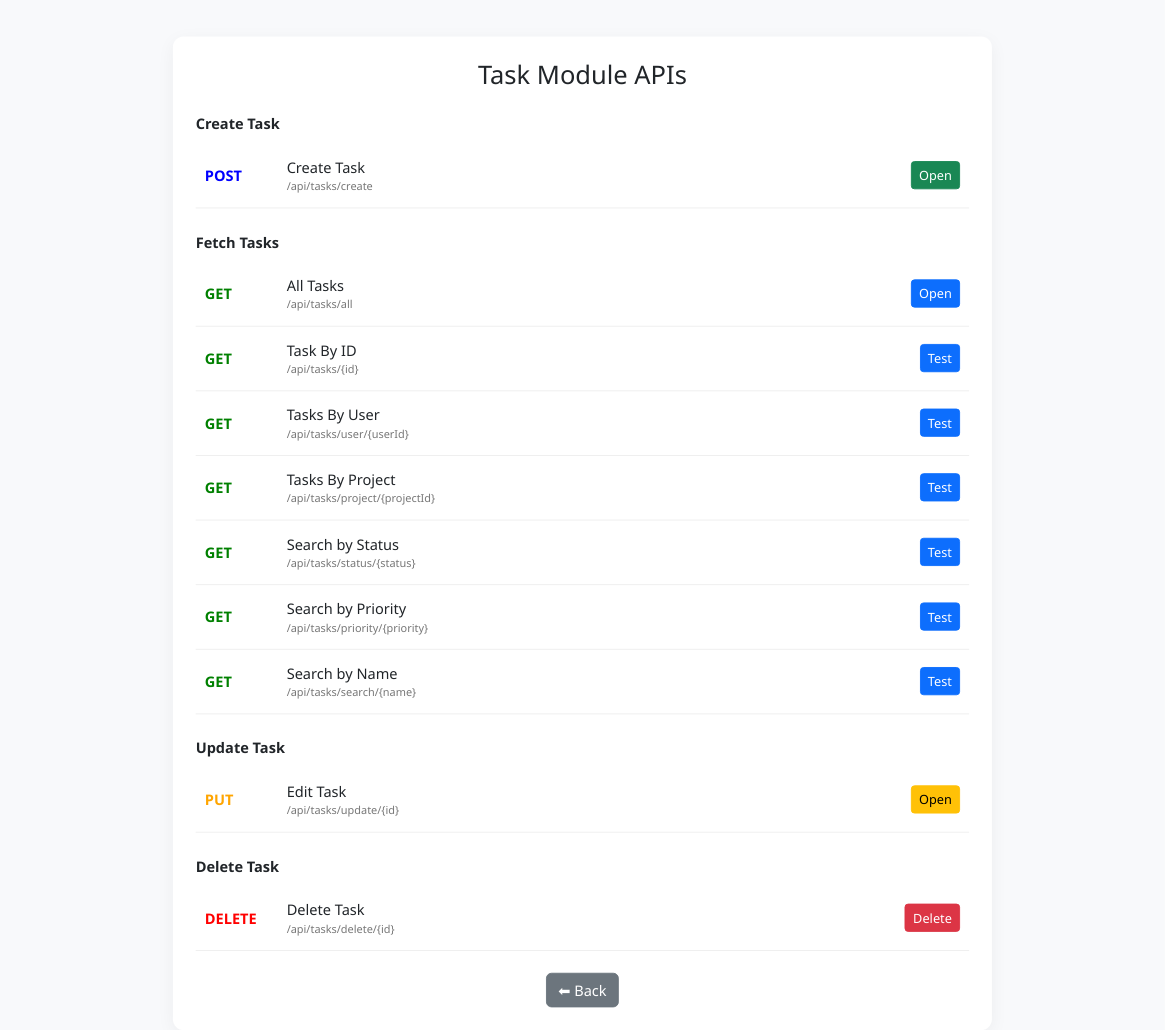
Repository: Rohan-911/task-management
Page: http://localhost/taskservice/task-endpoints
An editor plug-in stored every save of this project. The page is shown before and after the next save, followed by the edit.
The browser window is 1280 px wide. The pictures show the whole page, at 91% of full size.
The page is this project's Thymeleaf template; nobody is signed in. The template is opened directly, without the code that normally fills it, so the values that code supplies are empty.

Above is the page before, as saved 2026-04-19 12:16:43.

### frontend/src/main/resources/templates/taskservice/task-endpoints.html
<!DOCTYPE html>
<html xmlns:th="http://www.thymeleaf.org">
<head>
    <title>Task Module</title>

    <link href="https://cdn.jsdelivr.net/npm/bootstrap@5.3.0/dist/css/bootstrap.min.css" rel="stylesheet">

    <style>
        body {
            background-color: #f8f9fb;
            font-family: 'Segoe UI', sans-serif;
        }

        .container-box {
            max-width: 900px;
            margin: auto;
            margin-top: 40px;
            background: white;
            padding: 25px;
            border-radius: 12px;
            box-shadow: 0 5px 20px rgba(0,0,0,0.05);
        }

        .endpoint {
            display: flex;
            justify-content: space-between;
            align-items: center;
            padding: 14px 10px;
            border-bottom: 1px solid #eee;
        }

        .method {
            font-weight: bold;
            width: 80px;
        }

        .get { color: green; }
        .post { color: blue; }
        .put { color: orange; }
        .delete { color: red; }

        .endpoint-info {
            flex: 1;
            margin-left: 10px;
        }

        .endpoint-info small {
            display: block;
            font-size: 12px;
            color: #777;
        }

        .section-title {
            margin-top: 25px;
            margin-bottom: 10px;
            font-weight: 600;
        }
    </style>
</head>

<body>

<div class="container-box">

    <h3 class="text-center mb-4">Task Module APIs</h3>

    <!-- CREATE -->
    <div class="section-title">Create Task</div>
    <div class="endpoint">
        <div class="method post">POST</div>
        <div class="endpoint-info">
            Create Task
            <small>/api/tasks/create</small>
        </div>
        <a href="/tasks/create" class="btn btn-success btn-sm">Open</a>
    </div>

    <!-- FETCH -->
    <div class="section-title">Fetch Tasks</div>

    <div class="endpoint">
        <div class="method get">GET</div>
        <div class="endpoint-info">
            All Tasks
            <small>/api/tasks/all</small>
        </div>
        <a href="/tasks" class="btn btn-primary btn-sm">Open</a>
    </div>

    <div class="endpoint">
        <div class="method get">GET</div>
        <div class="endpoint-info">
            Task By ID
            <small>/api/tasks/{id}</small>
        </div>
        <a href="/tasks/id?id=1" class="btn btn-primary btn-sm">Test</a>
    </div>

    <div class="endpoint">
        <div class="method get">GET</div>
        <div class="endpoint-info">
            Tasks By User
            <small>/api/tasks/user/{userId}</small>
        </div>
        <a href="/tasks/user?userId=1" class="btn btn-primary btn-sm">Test</a>
    </div>

    <div class="endpoint">
        <div class="method get">GET</div>
        <div class="endpoint-info">
            Tasks By Project
            <small>/api/tasks/project/{projectId}</small>
        </div>
        <a href="/tasks/project?projectId=1" class="btn btn-primary btn-sm">Test</a>
    </div>

    <div class="endpoint">
        <div class="method get">GET</div>
        <div class="endpoint-info">
            Search by Status
            <small>/api/tasks/status/{status}</small>
        </div>
        <a href="/tasks/search/status?status=Pending" class="btn btn-primary btn-sm">Test</a>
    </div>

    <div class="endpoint">
        <div class="method get">GET</div>
        <div class="endpoint-info">
            Search by Priority
            <small>/api/tasks/priority/{priority}</small>
        </div>
        <a href="/tasks/search/priority?priority=High" class="btn btn-primary btn-sm">Test</a>
    </div>

    <div class="endpoint">
        <div class="method get">GET</div>
        <div class="endpoint-info">
            Search by Name
            <small>/api/tasks/search/{name}</small>
        </div>
        <a href="/tasks/search?name=Test Task" class="btn btn-primary btn-sm">Test</a>
    </div>

    <!-- UPDATE -->
    <div class="section-title">Update Task</div>
    <div class="endpoint">
        <div class="method put">PUT</div>
        <div class="endpoint-info">
            Edit Task
            <small>/api/tasks/update/{id}</small>
        </div>
        <a href="/tasks/edit/1" class="btn btn-warning btn-sm">Open</a>
    </div>

    <!-- DELETE -->
    <div class="section-title">Delete Task</div>
    <div class="endpoint">
        <div class="method delete">DELETE</div>
        <div class="endpoint-info">
            Delete Task
            <small>/api/tasks/delete/{id}</small>
        </div>
        <a href="/tasks/delete/1" class="btn btn-danger btn-sm">Delete</a>
    </div>

    <!-- BACK -->
    <div class="text-center mt-4">
        <a href="/home" class="btn btn-secondary">⬅ Back</a>
    </div>

</div>

</body>
</html>

After the next save:
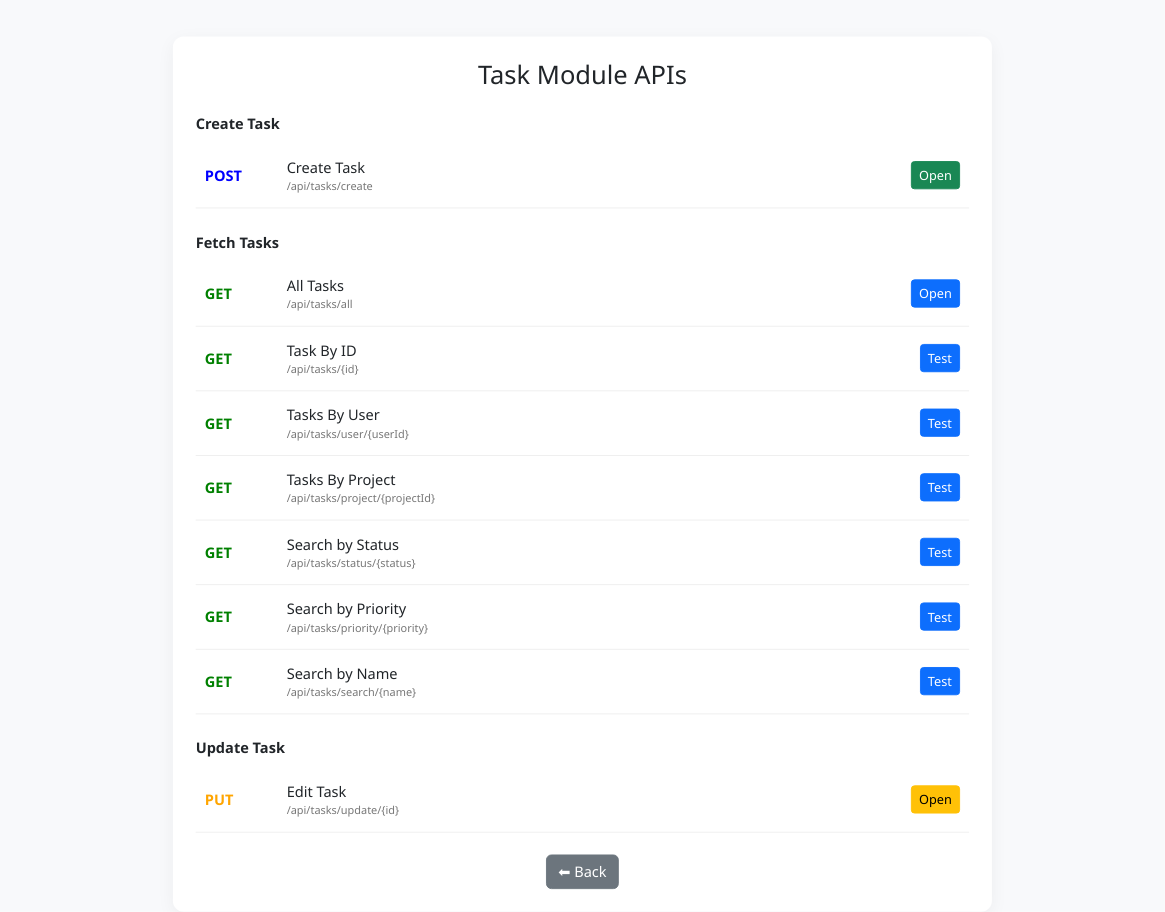
Saved 2 min 17 s later.
--- a/frontend/src/main/resources/templates/taskservice/task-endpoints.html
+++ b/frontend/src/main/resources/templates/taskservice/task-endpoints.html
@@ -152,16 +152,7 @@
         <a href="/tasks/edit/1" class="btn btn-warning btn-sm">Open</a>
     </div>
 
-    <!-- DELETE -->
-    <div class="section-title">Delete Task</div>
-    <div class="endpoint">
-        <div class="method delete">DELETE</div>
-        <div class="endpoint-info">
-            Delete Task
-            <small>/api/tasks/delete/{id}</small>
-        </div>
-        <a href="/tasks/delete/1" class="btn btn-danger btn-sm">Delete</a>
-    </div>
+
 
     <!-- BACK -->
     <div class="text-center mt-4">
